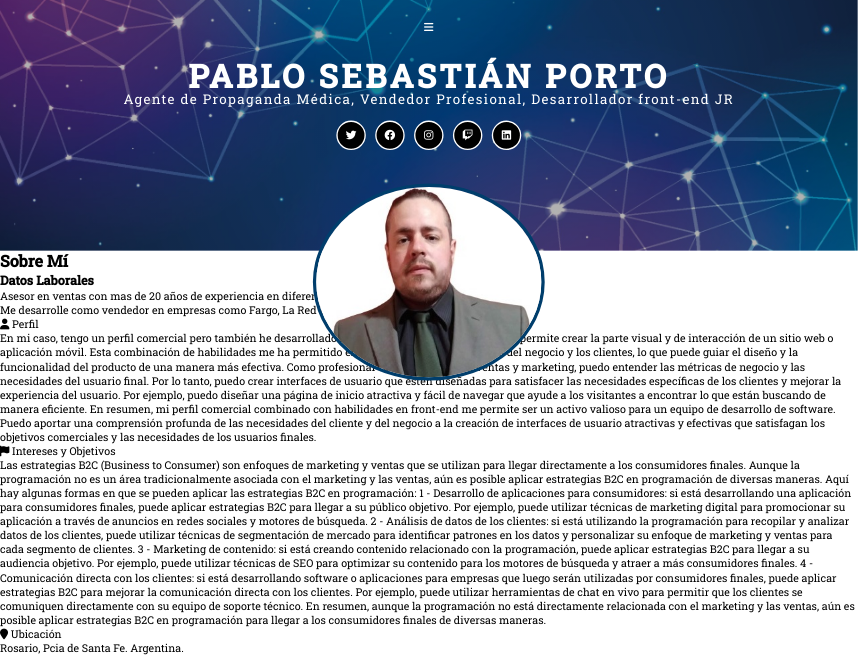
Repository: PabloSebastianPorto/Entrega-CV-1-ARG-PROG
Page: CVFINAL/CVfinal.HTML
An editor plug-in stored every save of this project. The page is shown before and after the next save, followed by the edit.
The browser window is 1280 px wide. The pictures show the whole page, at 67% of full size.
Some web libraries are served in a nearby version.

Above is the page before, as saved 2023-02-26 21:11:58.

After the next save:
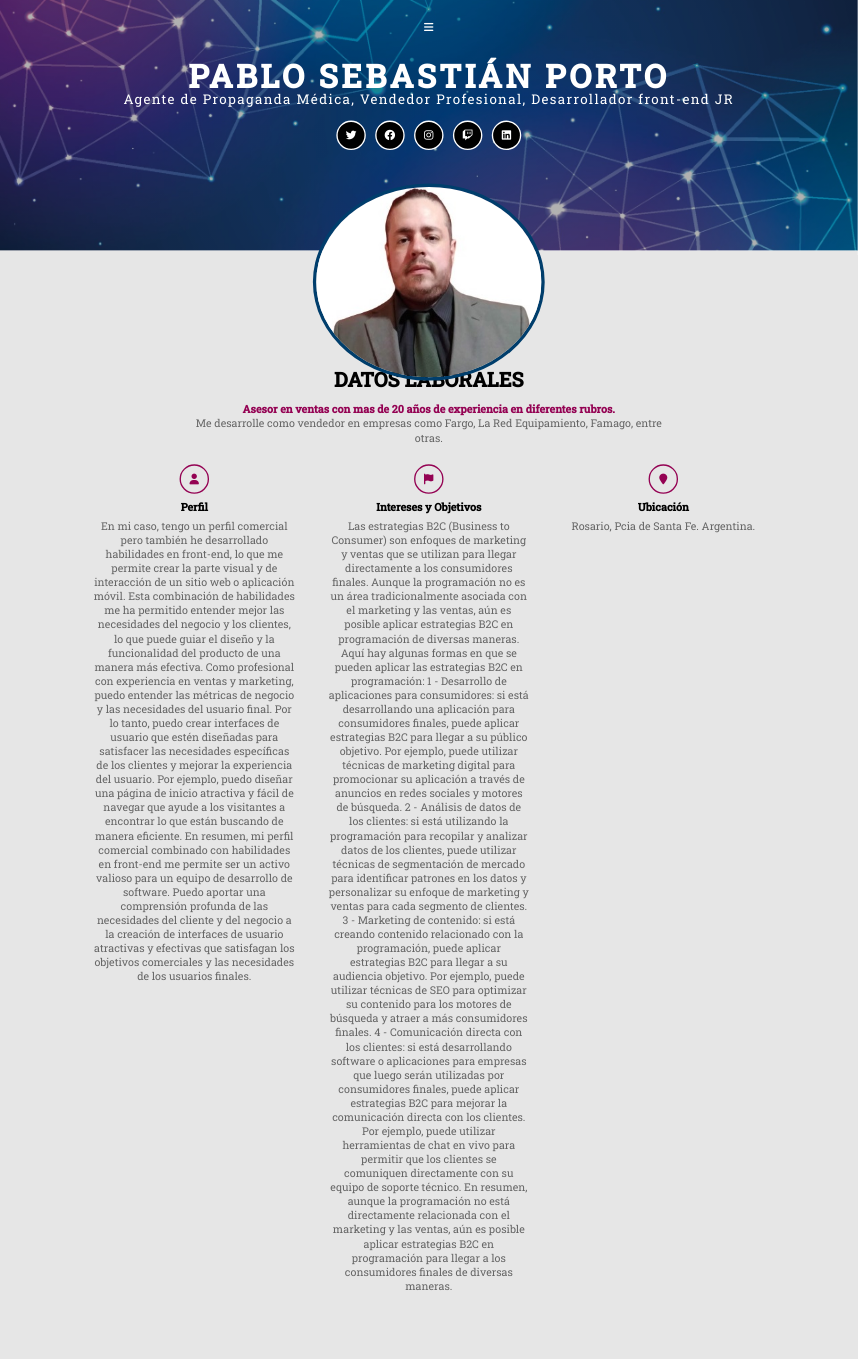
Saved 4 min 7 s later.
--- a/CVFINAL/CVfinal.css
+++ b/CVFINAL/CVfinal.css
@@ -101,3 +101,49 @@ html {
   top: -100px;
   transform: translateX(-50%);
 }
+.sobremi {
+  background-color: #e6e6e6;
+  padding: 140px 0 100px 0;
+  text-align: center;
+}
+.sobremi .contenido-seccion {
+  max-width: 1000px;
+  margin: auto;
+  padding: 0 10px;
+}
+.sobremi .contenido-seccion h3 {
+  text-transform: uppercase;
+  font-size: 30px;
+}
+.sobremi .contenido-seccion .especial {
+  color: #940253;
+  font-weight: bold;
+  margin-top: 15px;
+}
+.sobremi .contenido-seccion p {
+  max-width: 700px;
+  margin: auto;
+  color: #666;
+}
+.sobremi .contenido-seccion .fila {
+  display: flex;
+  margin-top: 30px;
+  justify-content: space-between;
+}
+.sobremi .contenido-seccion .fila .col {
+  width: 30%;
+}
+.sobremi .contenido-seccion .fila .col i {
+  color: #940253;
+  display: inline-block;
+  width: 40px;
+  height: 40px;
+  border: 2px solid #940253;
+  line-height: 40px;
+  border-radius: 50%;
+}
+.sobremi .contenido-seccion .fila .col span {
+  display: block;
+  font-weight: bold;
+  margin: 8px 0;
+}
